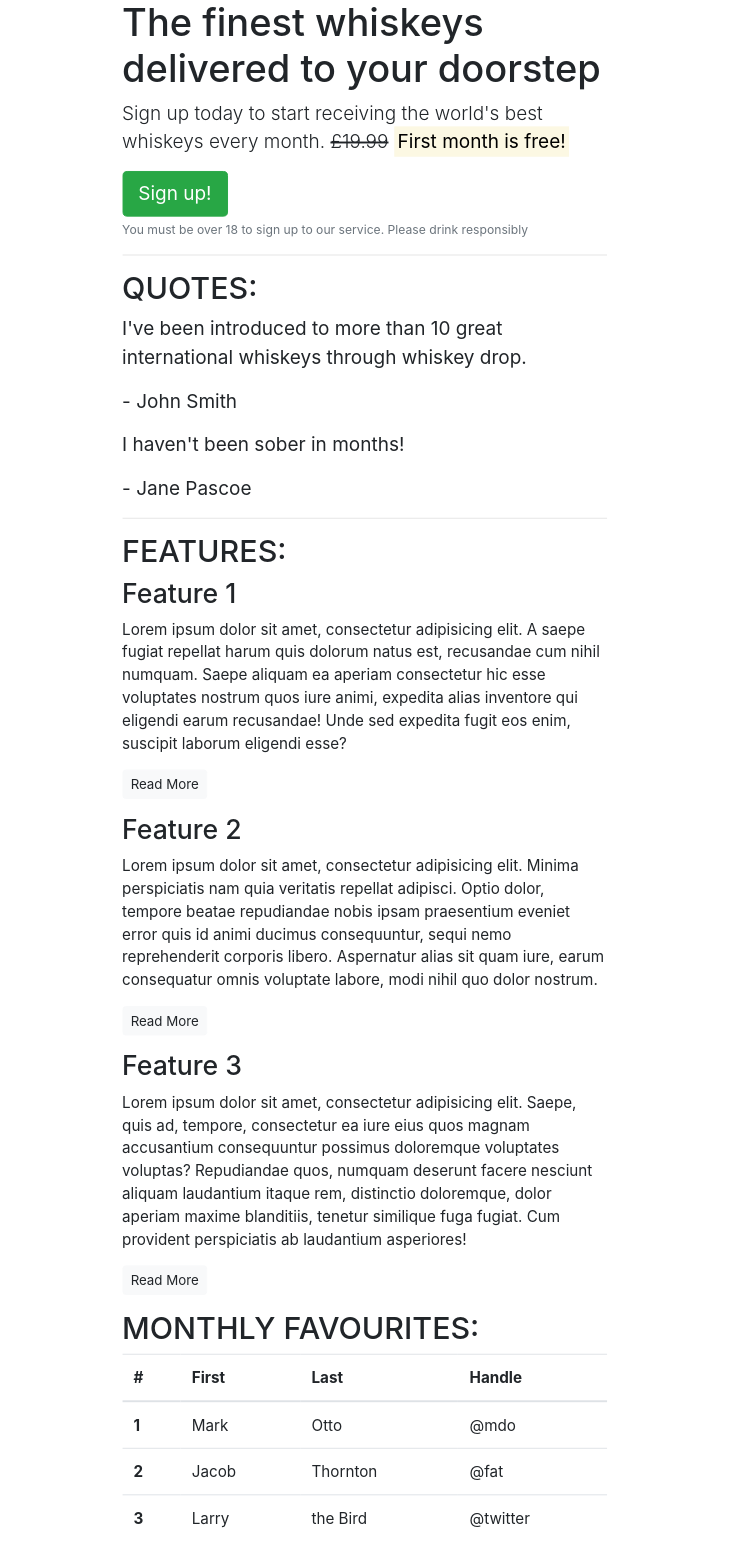
Repository: LouWills/WhiskeyDrop-bootstrap
Page: index.html
The author's editor kept a record of every edit. The page is drawn from the files as they stood at one moment, then again after the next edit.
The browser window is 767 px wide. The pictures show the whole page, at 95% of full size.

Above is the page before.
Console error: TypeError: Cannot read properties of undefined (reading 'fn')

After the next edit:
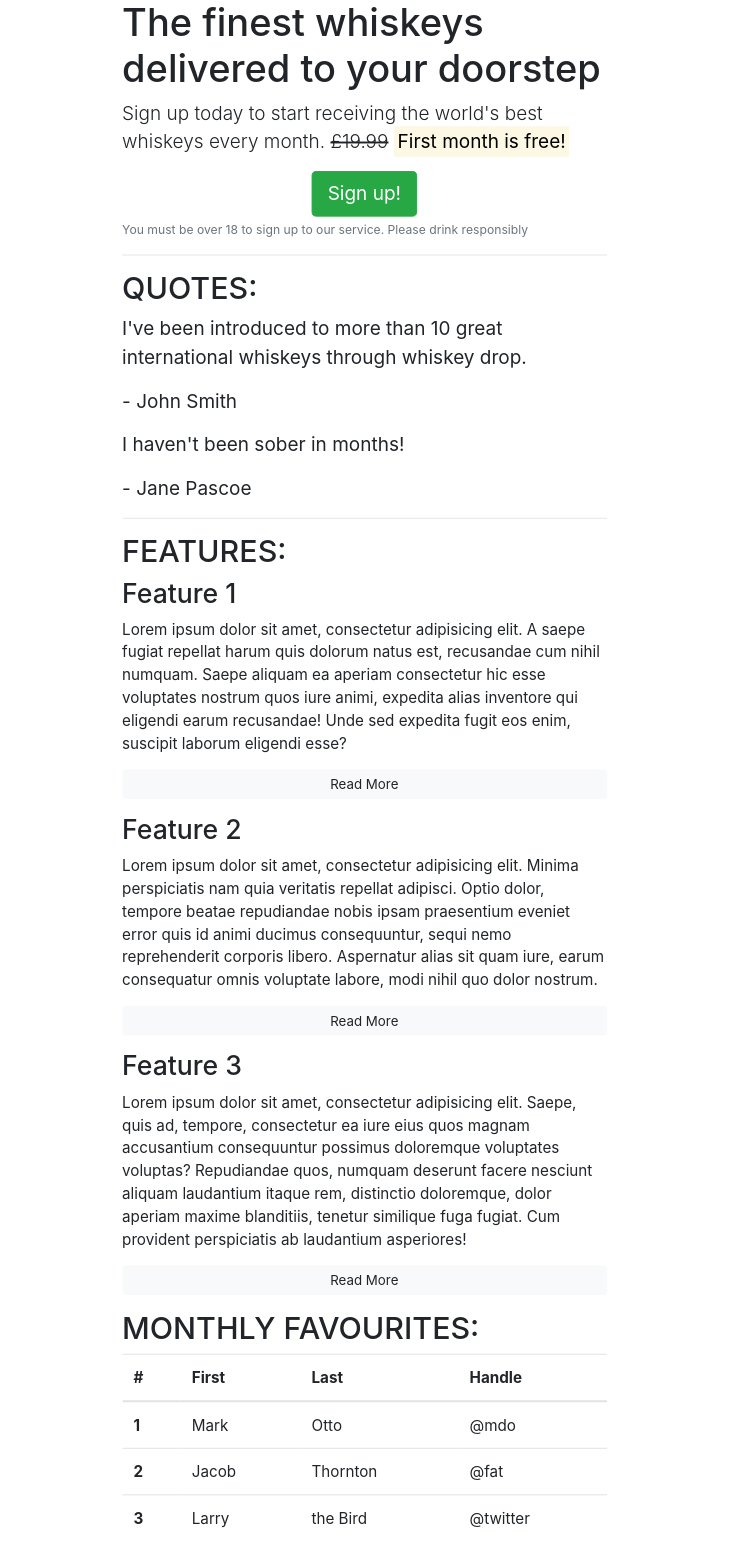
The edit:
--- a/main.css
+++ b/main.css
@@ -1,5 +1,5 @@
-@media (min-width: 767px) {
-    .btn-signup {
+@media (max-width: 767px) {
+    .btn-tablet {
     margin:auto;
     display:block;
 }
